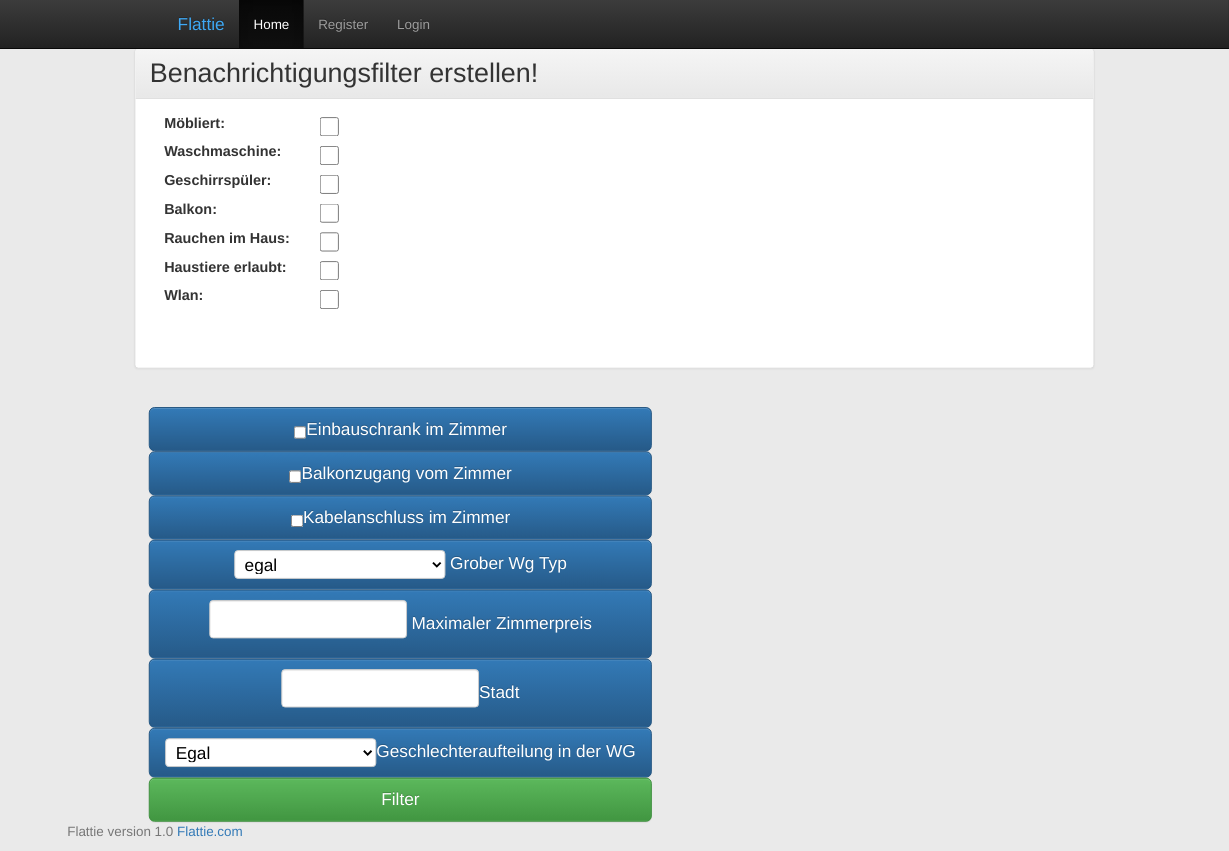
Repository: ese-unibe-ch/ese2014-team2
Page: http://localhost/Skeleton/pages/createCustomFilter.jsp
The author's editor kept a copy of each file at every save. The page is drawn from the files as they stood at one save, then again after the next save.
The browser window is 1280 px wide. The pictures show the whole page, at 96% of full size.
Some web libraries are served in a nearby version. The page is served by Tomcat 9. Nobody is signed in. The application's start-up code is not run. Other server files are loaded and not shown. The template is opened directly, without the code that normally fills it, so the values that code supplies are empty.

Above is the page before, as saved 2014-11-26 12:20:28.
Console error (its wording comes from the project's code and is left out).

### Skeleton/src/main/webapp/pages/createCustomFilter.jsp
<%@ page language="java" pageEncoding="UTF-8" contentType="text/html;charset=utf-8" %>
<%@ taglib prefix="c" uri="http://java.sun.com/jsp/jstl/core" %>
<%@ taglib prefix="form" uri="http://www.springframework.org/tags/form" %>
<%@ taglib prefix="spring" uri="http://www.springframework.org/tags" %>


<c:import url="template/header.jsp" />



<div class="main">
	<div class="col-sm-16">
    	<div class="panel panel-default">
        	<div class="panel-heading">
            	<h3 class="panel-title">Benachrichtigungsfilter erstellen!</h3>
            </div>
            <div class="panel-body">


              <form:form method="post" modelAttribute="filterForm" action="saveCustomFilter"
		id="filterForm" cssClass="form-horizontal" autocomplete="off"
		enctype="multipart/form-data">
		<fieldset>

		<div class="row">
			<div class="col-md-8">
				<div class="col-md-6">
					<label>Möbliert:</label>
				</div>
				<div class="col-md-2">
					<form:checkbox path="furnished" id="field-furnished" cssClass="checkboxbig"/>
				</div>
			</div>
		</div>
		<div class="row">
			<div class="col-md-8">
				<div class="col-md-6">
					<label>Waschmaschine:</label>
				</div>
				<div class="col-md-2">
					<form:checkbox	path="hasLaundry" id="field-Laundry" cssClass="checkboxbig"/>
				</div>
			</div>
		</div>
		<div class="row">
			<div class="col-md-8">
				<div class="col-md-6">
					<label>Geschirrspüler:</label>
				</div>
				<div class="col-md-2">
					<form:checkbox	path="hasDishwasher" id="field-Dishwasher" cssClass="checkboxbig"/>
				</div>
			</div>
		</div>
		<div class="row">
			<div class="col-md-8">
				<div class="col-md-6">
					<label>Balkon:</label>
				</div>
				<div class="col-md-2">
					<form:checkbox path="hasBalcony" id="field-hasBalcony" cssClass="checkboxbig"/>
				</div>
			</div>
		</div>
		<div class="row">
			<div class="col-md-8">
				<div class="col-md-6">
					<label>Rauchen im Haus:</label>
				</div>
				<div class="col-md-2">
					<form:checkbox	path="smokingInside" id="field-smokingInside" cssClass="checkboxbig"/>
				</div>
			</div>
		</div>
		<div class="row">
			<div class="col-md-8">
				<div class="col-md-6">
					<label>Haustiere erlaubt:</label>
				</div>
				<div class="col-md-2">
					<form:checkbox	path="hasPets" id="field-pets" cssClass="checkboxbig" />
				</div>
			</div>
		</div>
		<div class="row">
			<div class="col-md-8">
				<div class="col-md-6">
					<label>Wlan:</label>
				</div>
				<div class="col-md-2">
					<form:checkbox	path="wlan" id="field-wlan" cssClass="checkboxbig" />
				</div>
			</div>
		</div>

    		<div class="col-md-8">
    			<div class="col-md-6">
    				<label></label>
    			</div>
    			<div class="col-md-2">

    			</div>
    		</div>
				    </div><!-- /input-group -->
				  </div><!-- /.col-lg-6 -->
				  <div class="col-lg-5">
				    <div class="input-group">
				      		<h3><label class="btn btn-primary btn-lg btn-block" ><form:checkbox	path="hasBuiltInCloset" id="field-closet"/>Einbauschrank im Zimmer</label></h3>
				      		<h3><label class="btn btn-primary btn-lg btn-block" ><form:checkbox	path="toBalcony" id="field-isToBalcony"/>Balkonzugang vom Zimmer</label></h3>
				      		<h3><label class="btn btn-primary btn-lg btn-block" ><form:checkbox	path="hasCables" id="field-Cables"/>Kabelanschluss im Zimmer</label></h3>
				      		<h3><label class="btn btn-primary btn-lg btn-block" >
				      		<font color="000000"> <form:select path="wgType" id="field-wgType">
								<option value="undef">egal</option>
								<option value="wild">eher wild</option>
								<option value="calm">eher ruhig</option>


							</form:select> </font> Grober Wg Typ</label></h3>

				      		<h3><label class="btn btn-primary btn-lg btn-block" ><font color="000000"><form:input path="roomPrice" id="field-roomPrice" maxlength="6" /></font> Maximaler Zimmerpreis</label></h3>
				      		<h3><label class="btn btn-primary btn-lg btn-block" ><font color="000000"><form:input path="city" id="field-city" maxlength="15" /></font>Stadt</label></h3>
				      		<h3><label class="btn btn-primary btn-lg btn-block" ><font color="000000"><form:select path="wgGender" id="field-wgGender"
								tabindex="13">
								<option value="dontcare"> Egal</option>
								<option value="female">Reine Frauenwg</option>
								<option value="male">Reine Männerwg</option>


							</form:select></font>Geschlechteraufteilung in der WG</label></h3>

				      			<button type="submit" class="btn btn-success btn-lg btn-block">Filter</button>
				    </div><!-- /input-group -->
				  </div><!-- /.col-lg-6 -->
				</div><!-- /.row -->





		</fieldset>
		</form:form>

            </div>
          </div>


</div>


</div>


<c:import url="template/footer.jsp" />

### Skeleton/src/main/webapp/pages/template/header.jsp
<!DOCTYPE html>
<html lang="en">
<http use-expressions="true">



    	<meta charset="UTF-8">

    	<title>About Princesses and Castles</title>

    	<link rel="stylesheet" type="text/css" href="css/stylesheet.css" media="all"/>
    	<link rel="stylesheet" type="text/css" href="css/bootstrap.min.css" media="screen" />
    	<script type="text/javascript"  src="dn.com/bootstrap/3.2.0/js/bootstrap.min.js"></script>
    	<script type="text/javascript" src="http://code.jquery.com/jquery-2.1.1.min.js"></script>
		<script src="http://ajax.googleapis.com/ajax/libs/jquery/1.4.2/jquery.min.js?ver=1.4.2"></script>
    	<script src="js/login.js"></script>
    	<link rel="stylesheet" href="https://maxcdn.bootstrapcdn.com/bootstrap/3.3.0/css/bootstrap.min.css">
<link rel="stylesheet" href="https://maxcdn.bootstrapcdn.com/bootstrap/3.3.0/css/bootstrap-theme.min.css">

    	<!-- HTML5 shim, for IE6-8 support of HTML5 elements -->
    	<!--[if lt IE 9]>
    	<script src="http://html5shim.googlecode.com/svn/trunk/html5.js"></script>
    	<![endif]-->
<!--   WASTE!
    	<style>
        	body {
         	   padding-top: 60px; /* 60px to make the container go all the way to the bottom of the topbar */
        	}
    	</style>
    -->



</head>
<body>
<%@ page language="java" pageEncoding="UTF-8" contentType="text/html;charset=utf-8" %>
<%@ taglib prefix="c" uri="http://java.sun.com/jsp/jstl/core" %>
<%@ taglib prefix="form" uri="http://www.springframework.org/tags/form" %>
<%@ taglib prefix="spring" uri="http://www.springframework.org/tags" %>
<%@ taglib prefix="security" uri="http://www.springframework.org/security/tags" %>

   	  <link href="http://ajax.googleapis.com/ajax/libs/jqueryui/1.8/themes/ui-lightness/jquery-ui.css" rel="stylesheet" type="text/css"/>
      <script src="http://ajax.googleapis.com/ajax/libs/jquery/1.5/jquery.min.js"></script>
      <script src="http://ajax.googleapis.com/ajax/libs/jqueryui/1.8/jquery-ui.min.js"></script>

      <script>
      $(document).ready(function() {
        $("#datepicker").datepicker();
      });
      </script>

       <script>
      $(document).ready(function() {
        $("#datepicker2").datepicker();
      });
      </script>

<security:authorize access="isAnonymous()">
    <!-- Fixed navbar -->
    <nav class="navbar navbar-inverse navbar-fixed-top" role="navigation">
      <div class="container">
        <div class="navbar-header">
          <button type="button" class="navbar-toggle collapsed" data-toggle="collapse" data-target="#navbar" aria-expanded="false" aria-controls="navbar">
            <span class="sr-only">Toggle navigation</span>
            <span class="icon-bar"></span>
            <span class="icon-bar"></span>
            <span class="icon-bar"></span>
          </button>
          <a class="navbar-brand" href="/Skeleton" color="#3fa9f5">Flattie</a>
        </div>
        <div id="navbar" class="navbar-collapse collapse">
          <ul class="nav navbar-nav">
            <li class="active"><a href="/Skeleton">Home</a></li>
            <li><a href="register">Register</a></li>
            <li><a href="#" id="loginButton"><span>Login</span><em></em></a>
                <div style="clear:both"></div>
                <div id="loginBox">
                    <form id="loginForm" name="loginForm" action="<c:url value='j_spring_security_check' />" method="POST">
                        <fieldset id="body">
                            <fieldset>
                                <label for="email">Email Address</label>
                                <input type="text" name="j_username" id="email" placeholder="Email" />
                            </fieldset>
                            <fieldset>
                                <label for="password">Password</label>
                                <input type="password" name="j_password" id="password" placeholder="Password" />
                            </fieldset>
                            <input type="submit" id="login" value="Sign in" />
                            <label for="checkbox"><input type="checkbox" id="checkbox" />Remember me</label>
                        </fieldset>
                        <span><a href="#">Forgot your password?</a></span>
                    </form>
                </div></li>
          </ul>
        </div><!--/.nav-collapse -->
      </div>
    </nav>
</security:authorize>

<security:authorize access="isAuthenticated()">
	    <!-- Fixed navbar -->
    <nav class="navbar navbar-inverse navbar-fixed-top" role="navigation">
      <div class="container">
        <div class="navbar-header">
          <button type="button" class="navbar-toggle collapsed" data-toggle="collapse" data-target="#navbar" aria-expanded="false" aria-controls="navbar">
            <span class="sr-only">Toggle navigation</span>
            <span class="icon-bar"></span>
            <span class="icon-bar"></span>
            <span class="icon-bar"></span>
          </button>
          <a class="navbar-brand" href="/Skeleton">Flattie</a>
        </div>
        <div id="navbar" class="navbar-collapse collapse">
          <ul class="nav navbar-nav">
            <li><a href="myprofile">Profil</a></li>
            <li><a href="myinbox">Inbox</a></li>
            <li><a href="myads">Ads</a></li>
            <li><a href="bookmarks">Favoriten</a></li>
            <li><a href="logout">Logout</a></li>
          </ul>
        </div><!--/.nav-collapse -->
      </div>
    </nav>
</security:authorize>

<div id="push_header"></div>



<div id="container_background">
	<div class="container">

Loaded but not shown: Skeleton/src/main/webapp/pages/template/footer.jsp (common file); Skeleton/src/main/webapp/css/bootstrap.min.css (library); Skeleton/src/main/webapp/js/bootstrap.min.js (library); Skeleton/src/main/webapp/js/login.js (common file); Skeleton/src/main/webapp/css/stylesheet.css (2278 lines, source omitted)

After the next save:
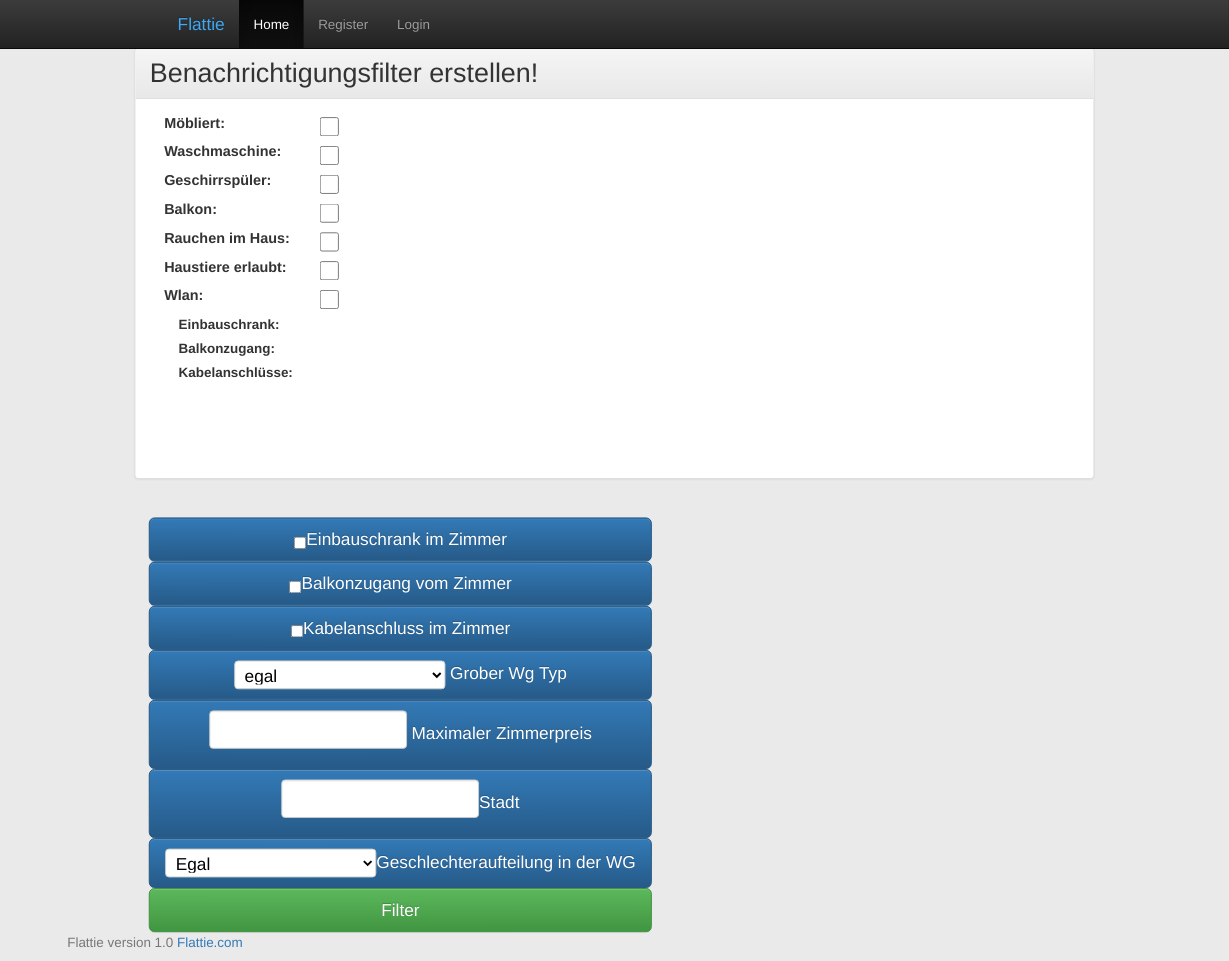
Saved 92 s later.
--- a/Skeleton/src/main/webapp/pages/createCustomFilter.jsp
+++ b/Skeleton/src/main/webapp/pages/createCustomFilter.jsp
@@ -95,12 +95,53 @@
 
     		<div class="col-md-8">
     			<div class="col-md-6">
+    				<label>Einbauschrank:</label>
+    			</div>
+    			<div class="col-md-2">
+
+    			</div>
+    		</div>
+    		<div class="col-md-8">
+    			<div class="col-md-6">
+    				<label>Balkonzugang:</label>
+    			</div>
+    			<div class="col-md-2">
+
+    			</div>
+    		</div>
+			<div class="col-md-8">
+    			<div class="col-md-6">
+    				<label>Kabelanschlüsse:</label>
+    			</div>
+    			<div class="col-md-2">
+
+    			</div>
+    		</div>
+			<div class="col-md-8">
+    			<div class="col-md-6">
     				<label></label>
     			</div>
     			<div class="col-md-2">
 
     			</div>
     		</div>
+			<div class="col-md-8">
+    			<div class="col-md-6">
+    				<label></label>
+    			</div>
+    			<div class="col-md-2">
+
+    			</div>
+    		</div>
+    		<div class="col-md-8">
+    			<div class="col-md-6">
+    				<label></label>
+    			</div>
+    			<div class="col-md-2">
+
+    			</div>
+    		</div>
+
 				    </div><!-- /input-group -->
 				  </div><!-- /.col-lg-6 -->
 				  <div class="col-lg-5">
